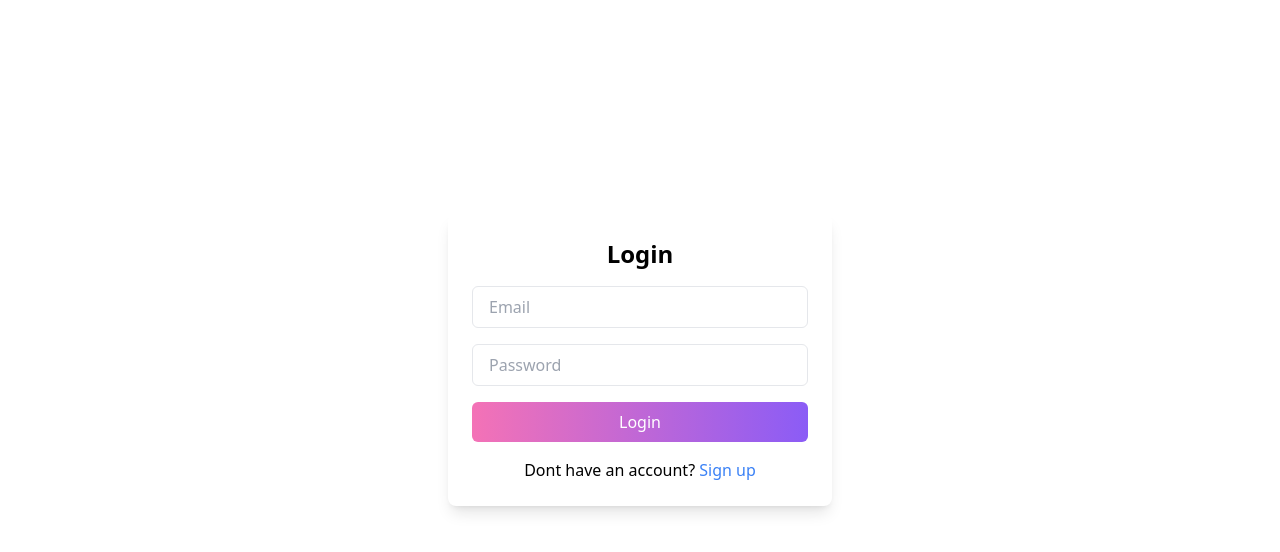
Repository: prathyushaa5/BuyYours
Page: /login (app in Frontend/)
These files come from the project's save history. The page is drawn as it stood at one moment and after the next save; the edit follows.
The browser window is 1280 px wide. The pictures show the whole page.
The project was rebuilt for these pictures with package versions that can differ from the ones it lists, and the page was loaded fresh each time. Also part of the build but not shown: Frontend/vite.config.js, Frontend/src/components/Main.jsx, Frontend/src/components/Signup.jsx, Frontend/src/components/Home.jsx.

Above is the page before, as saved 2025-02-14 05:27:29.

### Frontend/src/App.jsx
import { BrowserRouter as Router, Routes, Route } from "react-router-dom";
import { useState } from "react";
import Main from "./components/Main";
import Login from "./components/Login";
import Signup from "./components/Signup";
import Home from "./components/Home";

export default function App() {
  const [token, setToken] = useState(null);

  const handleLogin = (userToken) => {
    setToken(userToken);
  };

  return (
    <Router>
      <Routes>
        {/* Show Main page first */}
        <Route path="/" element={<Main />} />

        {/* Login Page */}
        <Route path="/login" element={<Login onLogin={handleLogin} />} />

        {/* Signup Page */}
        <Route path="/signup" element={<Signup />} />

        {/* Home Page (Protected) */}
        <Route path="/home" element={token ? <Home /> : <Login onLogin={handleLogin} />} />
      </Routes>
    </Router>
  );
}

### Frontend/src/components/Login.jsx
import { useState } from "react";
import PropTypes from "prop-types";
import axios from "axios";
import { useNavigate } from "react-router-dom";

const Login = ({ onLogin }) => {
  const [email, setEmail] = useState("");
  const [password, setPassword] = useState("");
  const [error, setError] = useState("");
  const navigate = useNavigate();

  const handleLogin = async (e) => {
    e.preventDefault();
    try {
      const response = await axios.post("http://localhost:5223/api/auth/login", {
        email,
        password,
      });

      localStorage.setItem("token", response.data.token);
      onLogin(response.data.token);
      console.log("User logged in");
      navigate("/home");
    } catch (err) {
      setError("Invalid email or password.",err);
    }
  };

  return (
    <div className="flex items-center justify-center min-h-screen bg-white">
      <div className="bg-white p-6 rounded-lg shadow-lg w-96">
        <h2 className="text-2xl font-bold mb-4 text-center">Login</h2>
        {error && <p className="text-red-500 text-center">{error}</p>}
        <form onSubmit={handleLogin} className="space-y-4">
          <input
            type="email"
            placeholder="Email"
            value={email}
            onChange={(e) => setEmail(e.target.value)}
            className="w-full px-4 py-2 border rounded-md"
            required
          />
          <input
            type="password"
            placeholder="Password"
            value={password}
            onChange={(e) => setPassword(e.target.value)}
            className="w-full px-4 py-2 border rounded-md"
            required
          />
          <button type="submit" className="w-full bg-gradient-to-r from-pink-400 to-violet-500 text-white py-2 rounded-md hover:bg-blue-600">
            Login
          </button>
        </form>
        <p className="mt-4 text-center">
          Dont have an account?{" "}
          <button onClick={() => navigate("/signup")} className="text-blue-500 hover:underline">
            Sign up
          </button>
        </p>
      </div>
    </div>
  );
};

Login.propTypes = {
  onLogin: PropTypes.func.isRequired,
};

export default Login;

### Frontend/tailwind.config.js
/** @type {import('tailwindcss').Config} */
export default {
  content: [
    "./index.html",
    "./src/**/*.{js,ts,jsx,tsx}",
  ],
  theme: {
    extend: {
      colors: {
        brown: {
          500: '#A0522D',
          600: '#8B4513',
          700: '#5D4037',
        },
      },
    },
  },
  plugins: [],
}

Loaded but not shown: Frontend/index.html (common file); Frontend/src/main.jsx (common file); Frontend/src/index.css (common file)

After the next save:
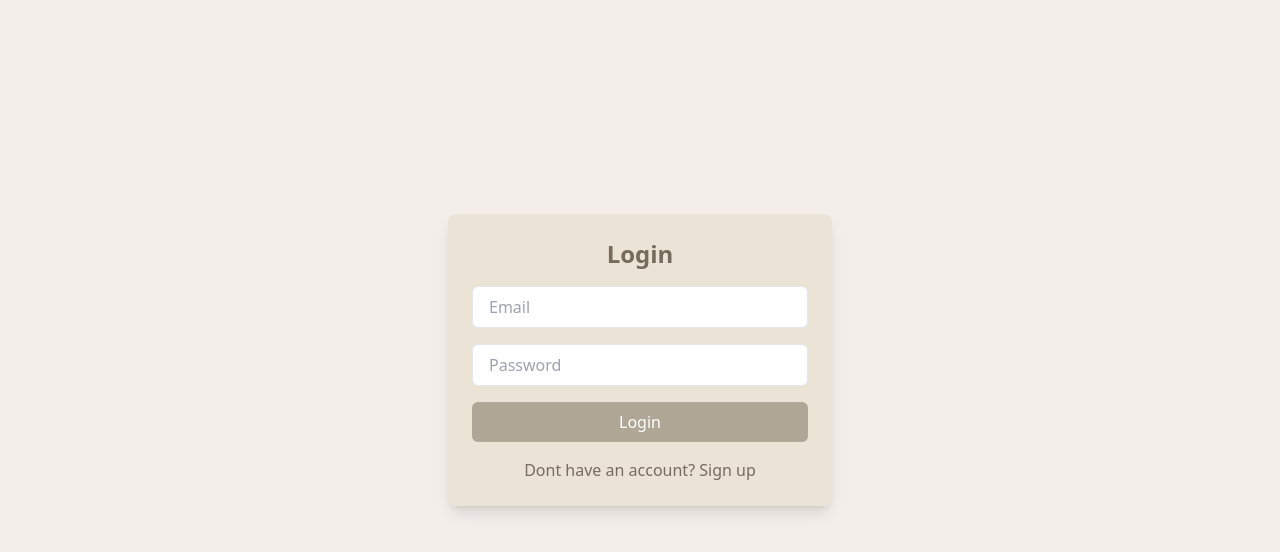
Saved 113 s later.
--- a/Frontend/src/components/Login.jsx
+++ b/Frontend/src/components/Login.jsx
@@ -27,8 +27,8 @@ const Login = ({ onLogin }) => {
   };
 
   return (
-    <div className="flex items-center justify-center min-h-screen bg-white">
-      <div className="bg-white p-6 rounded-lg shadow-lg w-96">
+    <div className="flex items-center justify-center min-h-screen bg-[#F3EEEA]">
+      <div className="bg-[#EBE3D5] p-6 rounded-lg shadow-lg w-96 text-[#776B5D]">
         <h2 className="text-2xl font-bold mb-4 text-center">Login</h2>
         {error && <p className="text-red-500 text-center">{error}</p>}
         <form onSubmit={handleLogin} className="space-y-4">
@@ -37,7 +37,7 @@ const Login = ({ onLogin }) => {
             placeholder="Email"
             value={email}
             onChange={(e) => setEmail(e.target.value)}
-            className="w-full px-4 py-2 border rounded-md"
+            className="w-full px-4 py-2 border rounded-md text-[#776B5D]"
             required
           />
           <input
@@ -45,16 +45,16 @@ const Login = ({ onLogin }) => {
             placeholder="Password"
             value={password}
             onChange={(e) => setPassword(e.target.value)}
-            className="w-full px-4 py-2 border rounded-md"
+            className="w-full px-4 py-2 border rounded-md text-[#776B5D]"
             required
           />
-          <button type="submit" className="w-full bg-gradient-to-r from-pink-400 to-violet-500 text-white py-2 rounded-md hover:bg-blue-600">
+          <button type="submit" className="w-full bg-[#B0A695] text-white py-2 rounded-md hover:bg-[#776B5D] transition">
             Login
           </button>
         </form>
         <p className="mt-4 text-center">
           Dont have an account?{" "}
-          <button onClick={() => navigate("/signup")} className="text-blue-500 hover:underline">
+          <button onClick={() => navigate("/signup")} className="text-[#776B5D] hover:underline">
             Sign up
           </button>
         </p>
